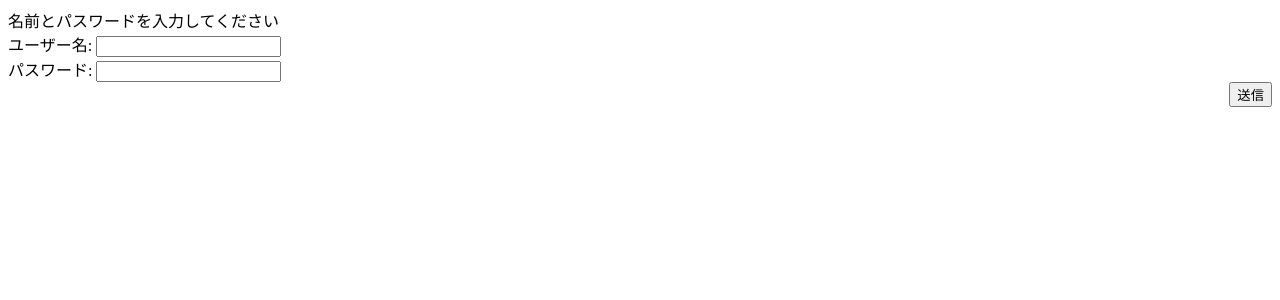
Repository: kf3225/backup
Page: http://localhost/WebProj3/welcome.jsp
The author's editor kept a copy of each file at every save. The page is drawn from the files as they stood at one save, then again after the next save.
The browser window is 1280 px wide. The pictures show the whole page.
The page is served by Tomcat 9.

Above is the page before, as saved 2018-01-16 08:50:42.

After the next save:
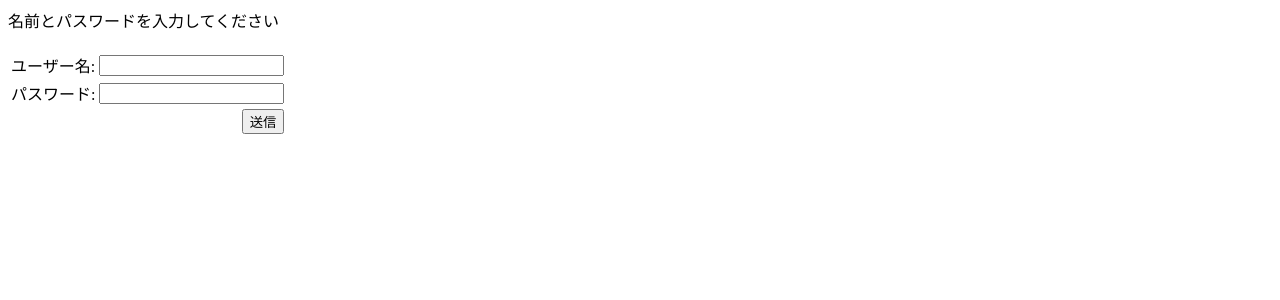
Saved 49 s later.
--- a/WebProj3/WebContent/welcome.jsp
+++ b/WebProj3/WebContent/welcome.jsp
@@ -10,8 +10,10 @@
 </head>
 <body>
 	名前とパスワードを入力してください<br>
-	<s:textfield name="name" label="ユーザー名"/><br>
-	<s:password name="password" label="パスワード"/>
-	<s:submit value="送信"/>
+	<s:form action="WelcomeAction">
+		<s:textfield name="name" label="ユーザー名"/><br>
+		<s:password name="password" label="パスワード"/>
+		<s:submit value="送信"/>
+	</s:form>
 </body>
 </html>
